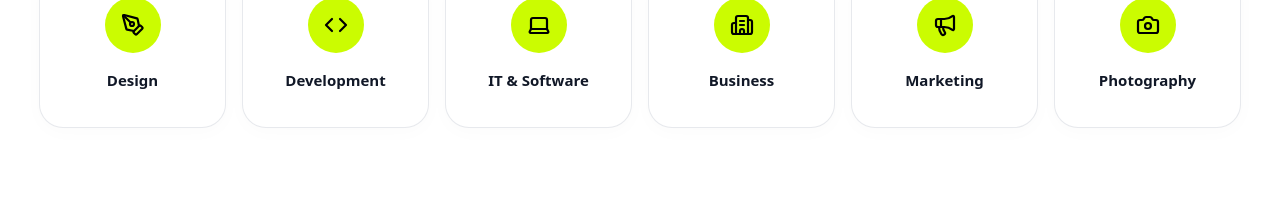
Repository: mdkawsarjomadder/bytespace
Page: /
The author's editor kept a copy of each file at every save. The page is drawn from the files as they stood at one save, then again after the next save.
The browser window is 1280 px wide. The pictures show the part of the page from y = 2939 to 3891 px (the page is 3147 px tall before and 3891 px after).
Pictures or frames that could not be fetched are drawn as grey boxes. Some web fonts or font styles are not loaded; a fallback is used. The project was rebuilt for these pictures with package versions that can differ from the ones it lists, and the page was loaded fresh each time. Also part of the build but not shown: vite.config.js.

Above is the page before, as saved 2026-09-29 23:46:16.

### index.html
<!doctype html>
<html lang="en">
  <head>
    <meta charset="UTF-8" />
    <link rel="icon" type="image/svg+xml" href="/favicon.svg" />
    <meta name="viewport" content="width=device-width, initial-scale=1.0" />
    <title>bytespace</title>
  </head>
  <body>
    <div id="root"></div>
    <script type="module" src="/src/main.jsx"></script>
    <link href="https://api.fontshare.com/v2/css?f[]=satoshi@400,500,700&display=swap" rel="stylesheet">
  </body>
</html>

### src/App.jsx
import React from 'react';
import Navbar from './components/Navbar';
import Hero from './components/Hero';
import CategoryPills from './components/CategoryPills';
import CourseGrid from './components/CourseGrid';
import LearningPaths from './components/LearningPaths';

function App() {
  return (
    <div className="min-h-screen bg-gray-50 font-sans">
      <Navbar />
      <Hero />
      < CategoryPills/>
      < CourseGrid/>
      < LearningPaths/>
    </div>
  );
}

export default App;

### src/components/Navbar.jsx
import React from 'react';
import { ShoppingBag } from 'lucide-react';

const Navbar = () => {
  return (
    <header className="w-full h-[120px] bg-[#1456fd] border-b border-blue-400/20 pl-[122px] pr-16 flex items-center justify-between relative z-50">
      {/* 1. Brand Logo (Figma Specs: 171px x 37px) */}
      <div
        className="w-[171px] h-[37px] flex items-center gap-3 cursor-pointer select-none"
        style={{ opacity: 1 }}
      >
        {/* Play Icon Logo */}
        <div className="w-[37px] h-[37px] rounded-full bg-[#d2fb1b] flex items-center justify-center shrink-0">
          <svg
            className="w-4 h-4 text-black fill-current translate-x-0.5"
            viewBox="0 0 24 24"
          >
            <path d="M8 5v14l11-7z" />
          </svg>
        </div>
        {/* Logo Text */}
        <span className="text-[28px] font-bold tracking-tight text-white leading-none font-['Satoshi']">
          ByteSpace
        </span>
      </div>

      {/* 2. Navigation Links */}
      <nav className="hidden md:flex items-center gap-8 font-['Satoshi']">
        <a
          href="#home"
          className="text-[#F5F5F6] text-[16px] leading-[160%] font-normal hover:text-[#d2fb1b] transition-colors"
        >
          Home
        </a>
        <a
          href="#courses"
          className="w-[58px] h-[26px] flex items-center text-[#F5F5F6] text-[16px] leading-[160%] font-normal hover:text-[#d2fb1b] transition-colors"
          style={{ opacity: 1 }}
        >
          Courses
        </a>
        <a
          href="#creators"
          className="text-[#F5F5F6] text-[16px] leading-[160%] font-normal hover:text-[#d2fb1b] transition-colors"
        >
          Creators
        </a>
      </nav>

      {/* 3. Action Buttons & Cart */}
      <div className="flex items-center gap-6 font-['Satoshi']">
        <button
          className="w-[49px] h-[24px] flex items-center justify-center text-[#F5F5F6] text-[16px] leading-[24px] font-normal hover:text-white/80 transition-colors"
          style={{ opacity: 1 }}
        >
          Sign In
        </button>
        <button
          className="h-[24px] px-2 flex items-center justify-center text-[#F5F5F6] text-[16px] leading-[24px] font-normal hover:text-white/80 transition-colors"
          style={{ opacity: 1 }}
        >
          Join us
        </button>
        <button className="text-[#F5F5F6] hover:text-[#d2fb1b] transition-colors flex items-center justify-center ml-2">
          <ShoppingBag size={22} strokeWidth={2} />
        </button>
      </div>
    </header>
  );
};

export default Navbar;

### src/components/CategoryPills.jsx
import React, { useState } from 'react';

const CategoryPills = () => {
  const [activeCategory, setActiveCategory] = useState('Featured');

  // ফিগমার হুবহু ৩টি সারি
  const row1 = [
    'Featured',
    'Music',
    'Drawing & Painting',
    'Marketing',
    'Animation',
    'Social Media',
    'UI/UX Design',
    'Creative Marketing',
  ];

  const row2 = [
    'Digital Illustration',
    'Film & Video',
    'Crafts',
    'Freelance & Entrepreneurship',
    'Graphic Design',
    'Photography',
  ];

  const row3 = [
    'Productivity',
    'Web Development',
    'Data Science',
    'Cooking',
  ];

  return (
    <section className="w-full bg-white pt-24 pb-20 px-4 flex flex-col items-center text-center">
      <div className="w-full max-w-[1200px] mx-auto flex flex-col items-center">

        {/* Title */}
        <h2 className="text-3xl md:text-[44px] font-bold text-[#141518] tracking-tight leading-[1.2] font-['Satoshi',sans-serif]">
          Discover Your Passion, <br /> Build Your Skills
        </h2>

        {/* Subtitle */}
        <p className="mt-4 text-[15px] text-gray-500 max-w-[650px] leading-relaxed font-normal">
          At Bytespace Courses, we bring you closer to life-changing knowledge. Explore a variety of courses across different fields, from technology to the arts, and make a difference in your career and life.
        </p>

        {/* Category Filter Pills (Strict 3 Rows) */}
        <div className="mt-12 flex flex-col items-center gap-3.5 w-full">

          {/* Row 1: 8 Items (No wrap on large screens) */}
          <div className="flex flex-wrap lg:flex-nowrap justify-center items-center gap-2.5">
            {row1.map((item) => (
              <button
                key={item}
                onClick={() => setActiveCategory(item)}
                className={`px-4 py-2 rounded-full text-[13px] font-medium transition-all whitespace-nowrap cursor-pointer ${
                  activeCategory === item
                    ? 'bg-[#CBFC01] text-black font-semibold'
                    : 'bg-[#F4F5F7] text-gray-700 hover:bg-gray-200'
                }`}
              >
                {item}
              </button>
            ))}
          </div>

          {/* Row 2: 6 Items */}
          <div className="flex flex-wrap lg:flex-nowrap justify-center items-center gap-2.5">
            {row2.map((item) => (
              <button
                key={item}
                onClick={() => setActiveCategory(item)}
                className={`px-4 py-2 rounded-full text-[13px] font-medium transition-all whitespace-nowrap cursor-pointer ${
                  activeCategory === item
                    ? 'bg-[#CBFC01] text-black font-semibold'
                    : 'bg-[#F4F5F7] text-gray-700 hover:bg-gray-200'
                }`}
              >
                {item}
              </button>
            ))}
          </div>

          {/* Row 3: 4 Items + More Button */}
          <div className="flex flex-wrap justify-center items-center gap-2.5">
            {row3.map((item) => (
              <button
                key={item}
                onClick={() => setActiveCategory(item)}
                className={`px-4 py-2 rounded-full text-[13px] font-medium transition-all whitespace-nowrap cursor-pointer ${
                  activeCategory === item
                    ? 'bg-[#CBFC01] text-black font-semibold'
                    : 'bg-[#F4F5F7] text-gray-700 hover:bg-gray-200'
                }`}
              >
                {item}
              </button>
            ))}

            {/* + More Button */}
            <button className="px-3 py-2 text-[13px] font-semibold text-[#1456fd] hover:underline cursor-pointer flex items-center gap-1">
              + More
            </button>
          </div>

        </div>

      </div>
    </section>
  );
};

export default CategoryPills;

### src/components/CourseGrid.jsx
import React from 'react';
import { Star, BarChart } from 'lucide-react';

const courses = [
  {
    id: 1,
    title: 'Learn Figma from Basic',
    author: 'purepearl studio',
    rating: '4.5',
    lessons: '17 Lessons',
    duration: '2 hours 16 mins',
    comments: '59 Comments',
    level: 'Beginner',
    price: '$25',
    image: 'https://images.unsplash.com/photo-1581291518857-4e27b48ff24e?auto=format&fit=crop&w=600&q=80',
  },
  {
    id: 2,
    title: 'Build Digital Asset',
    author: 'purepearl studio',
    rating: '4.5',
    lessons: '17 Lessons',
    duration: '2 hours 16 mins',
    comments: '59 Comments',
    level: 'Beginner',
    price: '$25',
    image: 'https://images.unsplash.com/photo-1507238691740-187a5b1d37b8?auto=format&fit=crop&w=600&q=80',
  },
  {
    id: 3,
    title: 'the Power of Big Data',
    author: 'purepearl studio',
    rating: '4.5',
    lessons: '17 Lessons',
    duration: '2 hours 16 mins',
    comments: '59 Comments',
    level: 'Beginner',
    price: '$25',
    image: 'https://images.unsplash.com/photo-1551288049-bebda4e38f71?auto=format&fit=crop&w=600&q=80',
  },
  {
    id: 4,
    title: 'Balancing Productivity and...',
    author: 'purepearl studio',
    rating: '4.5',
    lessons: '17 Lessons',
    duration: '2 hours 16 mins',
    comments: '59 Comments',
    level: 'Beginner',
    price: '$25',
    image: 'https://images.unsplash.com/photo-1498050108023-c5249f4df085?auto=format&fit=crop&w=600&q=80',
  },
  {
    id: 5,
    title: 'Mastering Money Manage...',
    author: 'purepearl studio',
    rating: '4.5',
    lessons: '17 Lessons',
    duration: '2 hours 16 mins',
    comments: '59 Comments',
    level: 'Beginner',
    price: '$25',
    image: 'https://images.unsplash.com/photo-1590283603385-17ffb3a7f29f?auto=format&fit=crop&w=600&q=80',
  },
  {
    id: 6,
    title: 'From Idea to Startup Succ...',
    author: 'purepearl studio',
    rating: '4.5',
    lessons: '17 Lessons',
    duration: '2 hours 16 mins',
    comments: '59 Comments',
    level: 'Beginner',
    price: '$25',
    image: 'https://images.unsplash.com/photo-1522071820081-009f0129c71c?auto=format&fit=crop&w=600&q=80',
  },
];

const CourseGrid = () => {
  return (
    <section className="w-full bg-white pb-24 px-4 flex justify-center">
      <div className="w-full max-w-[1200px]">
        {/* Course Cards Grid */}
        <div className="grid grid-cols-1 md:grid-cols-2 lg:grid-cols-3 gap-6">
          {courses.map((course) => (
            <div
              key={course.id}
              className="bg-white rounded-[20px] p-3.5 border border-gray-100 shadow-[0_4px_20px_rgba(0,0,0,0.04)] hover:shadow-lg transition-all duration-300 flex flex-col justify-between"
            >
              {/* Image & Overlay Meta Pills */}
              <div className="relative w-full h-[200px] rounded-[16px] overflow-hidden">
                <img
                  src={course.image}
                  alt={course.title}
                  className="w-full h-full object-cover"
                />

                {/* Glassmorphism Bottom Pills */}
                <div className="absolute bottom-2.5 left-2.5 right-2.5 flex items-center justify-between gap-1.5">
                  <span className="bg-white/70 backdrop-blur-md text-[11px] font-medium text-gray-700 px-2.5 py-1 rounded-full whitespace-nowrap">
                    {course.lessons}
                  </span>
                  <span className="bg-white/70 backdrop-blur-md text-[11px] font-medium text-gray-700 px-2.5 py-1 rounded-full whitespace-nowrap">
                    {course.duration}
                  </span>
                  <span className="bg-white/70 backdrop-blur-md text-[11px] font-medium text-gray-700 px-2.5 py-1 rounded-full whitespace-nowrap">
                    {course.comments}
                  </span>
                </div>
              </div>

              {/* Title, Rating & Author */}
              <div className="pt-4 px-1">
                <div className="flex items-start justify-between gap-2">
                  <h3 className="text-[17px] font-bold text-gray-900 leading-snug line-clamp-1">
                    {course.title}
                  </h3>
                  <div className="flex items-center gap-1 text-[13px] font-semibold text-gray-500 shrink-0">
                    <span>{course.rating}</span>
                    <Star className="w-3.5 h-3.5 fill-gray-400 text-gray-400" />
                  </div>
                </div>
                <p className="text-[12px] text-gray-400 mt-1">by {course.author}</p>
              </div>

              {/* Divider / Spacer */}
              <div className="mt-4 pt-3 border-t border-gray-100 px-1">
                {/* Level Badge & Students Stack */}
                <div className="flex items-center justify-between">
                  <div className="flex items-center gap-1.5 text-[12px] font-medium text-gray-500">
                    <BarChart className="w-3.5 h-3.5 text-gray-400" />
                    <span>{course.level}</span>
                  </div>

                  {/* Avatars */}
                  <div className="flex items-center -space-x-1.5">
                    <img className="w-6 h-6 rounded-full border border-white object-cover" src="https://images.unsplash.com/photo-1534528741775-53994a69daeb?auto=format&fit=crop&w=64&q=80" alt="avatar" />
                    <img className="w-6 h-6 rounded-full border border-white object-cover" src="https://images.unsplash.com/photo-1507003211169-0a1dd7228f2d?auto=format&fit=crop&w=64&q=80" alt="avatar" />
                    <img className="w-6 h-6 rounded-full border border-white object-cover" src="https://images.unsplash.com/photo-1494790108377-be9c29b29330?auto=format&fit=crop&w=64&q=80" alt="avatar" />
                    <div className="w-6 h-6 rounded-full bg-[#CBFC01] border border-white flex items-center justify-center text-[9px] font-bold text-black">
                      26+
                    </div>
                  </div>
                </div>

                {/* Price */}
                <div className="mt-3 flex items-baseline gap-1">
                  <span className="text-[20px] font-bold text-[#1456fd]">{course.price}</span>
                  <span className="text-[12px] text-gray-400 font-normal">/lifetime</span>
                </div>
              </div>
            </div>
          ))}
        </div>
      </div>
    </section>
  );
};

export default CourseGrid;

### src/components/LearningPaths.jsx
import React from 'react';
import { PenTool, Code, Laptop, Building2, Megaphone, Camera } from 'lucide-react';

const paths = [
  { id: 1, name: 'Design', icon: PenTool },
  { id: 2, name: 'Development', icon: Code },
  { id: 3, name: 'IT & Software', icon: Laptop },
  { id: 4, name: 'Business', icon: Building2 },
  { id: 5, name: 'Marketing', icon: Megaphone },
  { id: 6, name: 'Photography', icon: Camera },
];

const LearningPaths = () => {
  return (
    <section className="w-full bg-white py-20 px-4 flex justify-center">
      <div className="w-full max-w-[1202px] flex flex-col items-center text-center">

        {/* Title */}
        <h2 className="text-3xl md:text-[44px] font-bold text-[#141518] tracking-tight leading-[1.2] font-['Satoshi',sans-serif]">
          Explore Diverse Learning Paths at Bytespace
        </h2>

        {/* Subtitle */}
        <p className="mt-4 text-sm md:text-[15px] text-gray-500 max-w-[760px] leading-relaxed font-normal">
          At Bytespace, we believe in empowering individuals through knowledge. Our diverse range of courses spans various fields, ensuring there's something for everyone. Unleash your potential and explore our carefully curated categories.
        </p>

        {/* Learning Path 6 Cards Row (Figma: 1202px x 167px) */}
        <div className="mt-14 w-full grid grid-cols-2 sm:grid-cols-3 lg:grid-cols-6 gap-4">
          {paths.map((item) => {
            const Icon = item.icon;
            return (
              <div
                key={item.id}
                className="h-[167px] bg-white rounded-[24px] border border-gray-200/90 hover:border-gray-300 shadow-[0_4px_20px_rgba(0,0,0,0.02)] hover:shadow-md transition-all duration-200 flex flex-col items-center justify-center gap-4 cursor-pointer group"
              >
                {/* Lime Circular Icon */}
                <div className="w-14 h-14 rounded-full bg-[#CBFC01] flex items-center justify-center transition-transform group-hover:scale-110">
                  <Icon className="w-6 h-6 text-black stroke-[2.2]" />
                </div>

                {/* Path Label */}
                <span className="text-[15px] font-bold text-gray-900 group-hover:text-[#1456fd] transition-colors">
                  {item.name}
                </span>
              </div>
            );
          })}
        </div>

      </div>
    </section>
  );
};

export default LearningPaths;

### src/components/GrowthStats.jsx
import React from 'react';
import One1 from '../assets/01.png';

const GrowthStats = () => {
  return (
    <section className="relative w-full bg-white py-24 px-4 overflow-hidden flex justify-center">
      {/* Background Soft Glow on Left */}
      <div className="absolute left-0 top-1/2 -translate-y-1/2 w-[550px] h-[550px] bg-[#f2ffc2]/40 rounded-full blur-[120px] pointer-events-none" />

      <div className="w-full max-w-[1200px] grid grid-cols-1 lg:grid-cols-12 gap-12 lg:gap-8 items-center relative z-10">

        {/* ================= LEFT CONTENT AREA ================= */}
        <div className="lg:col-span-6 flex flex-col justify-center text-left">

          {/* Main Heading */}
          <h2 className="text-4xl md:text-[52px] font-bold text-[#141518] tracking-tight leading-[1.15] font-['Satoshi',sans-serif]">
            Your Path to Professional <br /> Growth Starts Here!
          </h2>

          {/* Subtitle Description */}
          <p className="mt-6 text-[15px] md:text-[16px] text-gray-500 leading-relaxed max-w-[500px]">
            Explore our curated selection of courses tailored to enhance your capabilities and accelerate your career journey. Whether you are looking to sharpen specific skills, gain industry expertise, or embark on a new career path entirely, we have the resources you need.
          </p>

          {/* 3 Counter Statistics */}
          <div className="mt-12 flex items-center gap-10 md:gap-14 pt-4 border-t border-gray-100">
            <div>
              <span className="text-3xl md:text-[36px] font-extrabold text-[#1456fd] block leading-none tracking-tight">
                12K
              </span>
              <span className="text-[13px] text-gray-500 font-medium mt-2 block">
                Students
              </span>
            </div>

            <div className="w-[1px] h-10 bg-gray-200" />

            <div>
              <span className="text-3xl md:text-[36px] font-extrabold text-[#1456fd] block leading-none tracking-tight">
                70+
              </span>
              <span className="text-[13px] text-gray-500 font-medium mt-2 block">
                Courses
              </span>
            </div>

            <div className="w-[1px] h-10 bg-gray-200" />

            <div>
              <span className="text-3xl md:text-[36px] font-extrabold text-[#1456fd] block leading-none tracking-tight">
                16
              </span>
              <span className="text-[13px] text-gray-500 font-medium mt-2 block">
                Creators
              </span>
            </div>
          </div>

        </div>

        {/* ================= RIGHT VISUAL COLLAGE (621px x 552px) ================= */}
        <div className="lg:col-span-6 flex justify-center lg:justify-end">
          <div className="relative w-full max-w-[621px] h-[552px] flex items-end justify-center">

            {/* Top Right Lime Spring */}
            <div className="absolute right-2 top-10 w-24 h-36 pointer-events-none hidden sm:block z-0 opacity-95 rotate-6">
              <svg viewBox="0 0 100 160" fill="none" className="w-full h-full stroke-[#CBFC01]" strokeWidth="22" strokeLinecap="round">
                <path d="M 20 20 C 80 20, 80 60, 20 60 C 80 60, 80 100, 20 100 C 80 100, 80 140, 20 140" />
              </svg>
            </div>

            {/* Back Left Miniature Course Card (Figma Exact) */}
            <div className="absolute left-0 top-6 z-10 w-[240px] bg-white rounded-[18px] p-3 shadow-xl border border-gray-100 hidden sm:block">
              <div className="w-full h-[105px] rounded-[12px] overflow-hidden bg-gray-100">
                <img
                  src="https://images.unsplash.com/photo-1581291518857-4e27b48ff24e?auto=format&fit=crop&w=400&q=80"
                  alt="Course Thumbnail"
                  className="w-full h-full object-cover"
                />
              </div>
              <div className="mt-2.5">
                <h4 className="text-[12px] font-bold text-gray-900 leading-tight">
                  Learn Figma from Basic
                </h4>
                <p className="text-[10px] text-gray-400 mt-0.5">by purepearl studio</p>
                <div className="mt-2 flex items-center justify-between">
                  <span className="text-[11px] text-gray-500 font-medium">Beginner</span>
                  <span className="text-[13px] font-bold text-[#1456fd]">$25<span className="text-[10px] text-gray-400 font-normal">/lifetime</span></span>
                </div>
              </div>
            </div>

            {/* Main Student Center Image */}
            <img
              src={One1}
              alt="Student Working"
              className="w-[430px] md:w-[480px] h-auto object-contain relative z-20 pointer-events-none drop-shadow-2xl"
            />

            {/* Floating Learning Progress Card on Right (232x131px) */}
            <div
              className="absolute right-0 top-[210px] z-30 bg-white rounded-[16px] shadow-2xl border border-gray-100/80 flex flex-col justify-between"
              style={{
                width: '210px',
                height: '120px',
                padding: '16px',
              }}
            >
              <span className="font-['Satoshi'] font-medium text-[13px] text-gray-500 block">
                Learning Progress
              </span>

              <span className="font-semibold text-[40px] leading-none tracking-tight text-[#242528] flex items-center">
                55%
              </span>

              <div className="w-full bg-gray-100 h-1.5 rounded-full overflow-hidden mt-1">
                <div className="bg-[#CBFC01] h-full w-[55%] rounded-full" />
              </div>
            </div>

          </div>
        </div>

      </div>
    </section>
  );
};

export default GrowthStats;

Loaded but not shown: src/main.jsx (common file); src/index.css (common file); tailwind.config.js (common file); src/components/Hero.jsx (220 lines, source omitted)

After the next save:
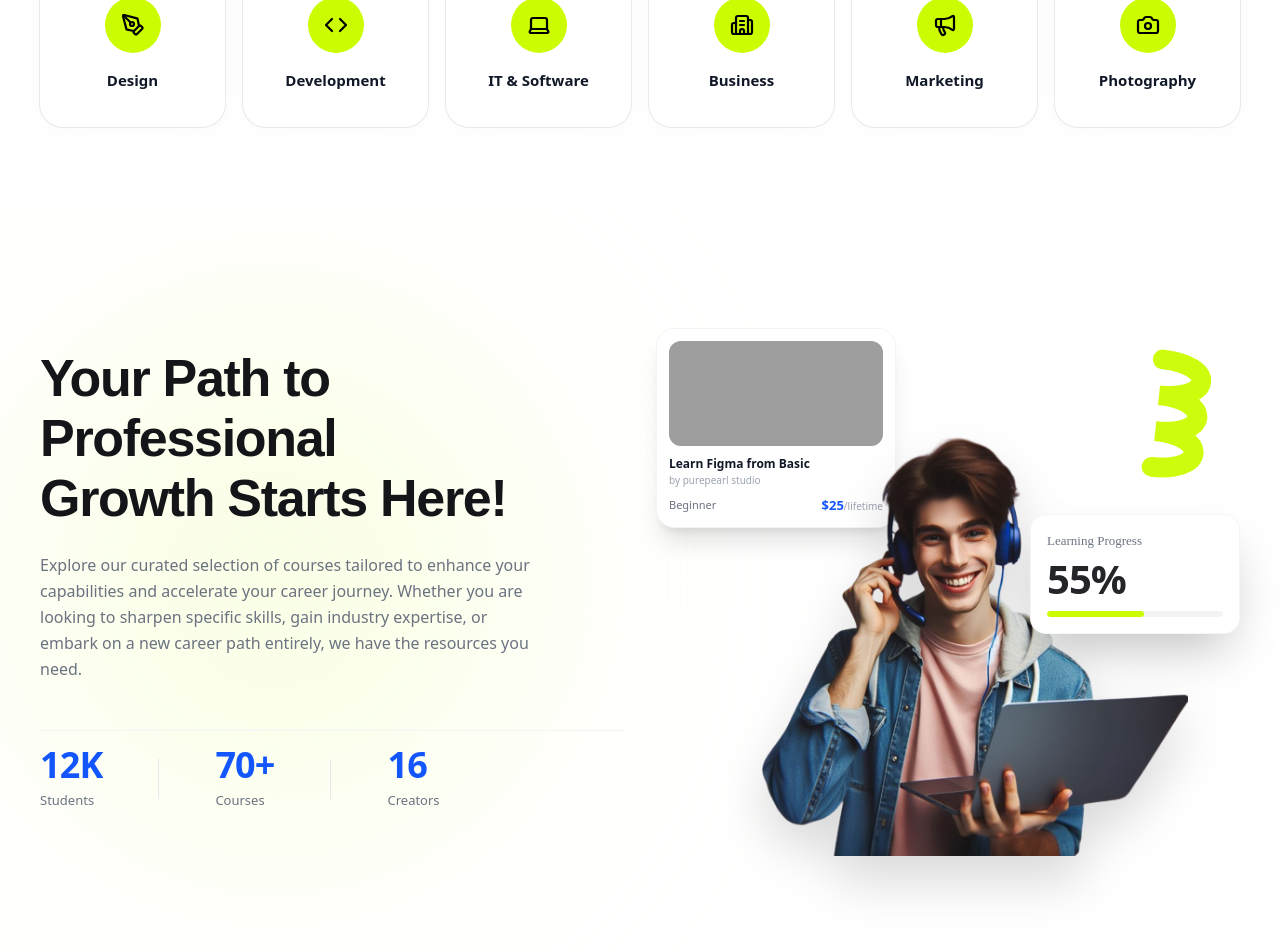
Saved 21 s later.
--- a/src/App.jsx
+++ b/src/App.jsx
@@ -4,6 +4,7 @@ import Hero from './components/Hero';
 import CategoryPills from './components/CategoryPills';
 import CourseGrid from './components/CourseGrid';
 import LearningPaths from './components/LearningPaths';
+import GrowthStats from './components/GrowthStats';
 
 function App() {
   return (
@@ -13,6 +14,7 @@ function App() {
       < CategoryPills/>
       < CourseGrid/>
       < LearningPaths/>
+      < GrowthStats/>
     </div>
   );
 }
